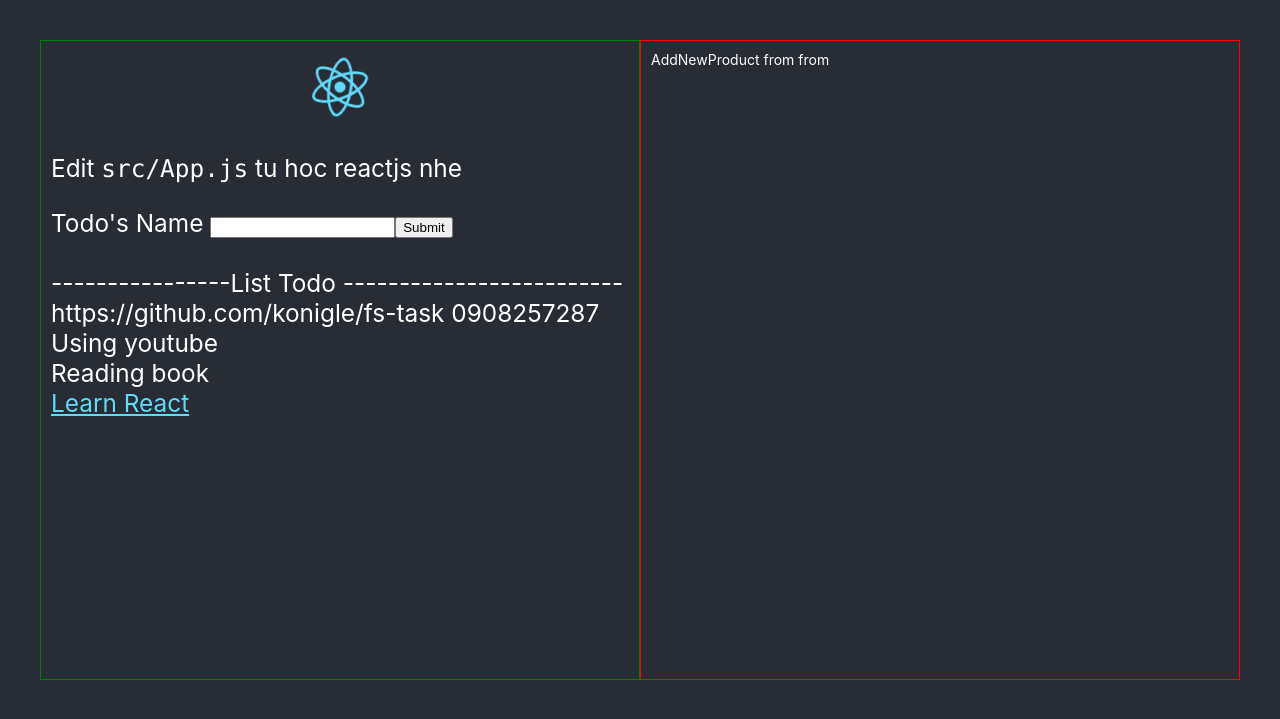
Repository: baothi/learn-reactjs
Page: /
These files come from the project's save history. The page is drawn as it stood at one moment and after the next save; the edit follows.
The browser window is 1280 px wide. The pictures show the whole page.
The project was rebuilt for these pictures with package versions that can differ from the ones it lists, and the page was loaded fresh each time.

Above is the page before, as saved 2022-10-04 17:47:28.

### src/App.js
import logo from './logo.svg';
import './App.css';
import Home from './componets/Home';
import AddNewProduct from './componets/AddNewProduct';

// function App() {
const App = () => {
  // const x = [1, 2, 3, 4, { name: 'John', age: 36 }] ==> {JSON.stringify(x)}
  const x = "tu hoc reactjs nhe"
  return (
    <div className="App" /*style={{ border: '1px solid red', textTransform: 'uppercase'}}*/ >
      <header className="App-header content-left">
        <div style={{ textAlign: "center" }}>
          <img src={logo} className="App-logo" alt="logo" />
        </div>

        <p>
          Edit <code>src/App.js</code> {x}
          {/* {console.log(x)} */}
        </p>
        <Home />
        <a
          className="App-link"
          href="https://reactjs.org"
          target="_blank"
          rel="noopener noreferrer"
        >
          Learn React
        </a>
      </header>
      <div className='content-right'>
        <AddNewProduct />
      </div>
    </div>
  );
}

export default App;

### src/App.css
.App {
  /* text-align: center; */
  padding: 40px;
  font-size: 14px;
  background-color: #282c34;
  height: calc(100vh - 80px);
  display: flex;
}

.App-logo {
  height: 10vmin;
  pointer-events: none;
}

@media (prefers-reduced-motion: no-preference) {
  .App-logo {
    animation: App-logo-spin infinite 20s linear;
  }
}

.App-header {

  /* min-height: 100vh; */
  /* display: flex;
  flex-direction: column;
  align-items: center; */
  /* justify-content: center; */
  font-size: calc(10px + 2vmin);
  color: white;
}

.App-link {
  color: #61dafb;
}

@keyframes App-logo-spin {
  from {
    transform: rotate(0deg);
  }

  to {
    transform: rotate(360deg);
  }
}

.content-left {
  width: 50%;
  padding: 10px;
  border: 1px solid green;
}

.content-right {
  width: 50%;
  padding: 10px;
  border: 1px solid red;
  color: white;
}

### src/componets/Home.js
import React, { useState } from 'react';
import _ from 'lodash';
import AddTodo from './AddTodo';
import DisplayTodo from './DisplayTodo';

const Home = () => {
    // const [name, setName] = useState("")
    const [todo, setTodo] = useState("")
    // const hankdleClickBtn = (event, mgs) => {
    //     // console.log(" >> run Hankdle Click ", event.target, " -> ", mgs)
    // }
    const [ListTodo, setListTodo] = useState([
        { id: 'todo1', name: 'https://github.com/konigle/fs-task 0908257287' },
        { id: 'todo2', name: 'Using youtube' },
        { id: 'todo3', name: 'Reading book' }
    ])

    const randomIntFromInterval = (min, max) => {
        return Math.floor(Math.random() * (max - min + 1)) + min
    }


    const hankdleClickBtn = () => {
        if (!todo) {
            alert("Todo's name is not empty")
            return;
        }
        let todoId = randomIntFromInterval(4, 99)
        let todoItem = {
            id: `todo${todoId}`,   // string template
            name: todo
        }
        // cach 1
        let curentTodoList = _.clone(ListTodo);
        curentTodoList.push(todoItem)
        // console.log(" check curentTodoList : ", curentTodoList)
        setListTodo(curentTodoList)
        setTodo("")
        // cach 2
        //setListTodo([...ListTodo, todoItem]) // toan tử ... này là spread operator đây là toán tử copy
    }

    const handleDeleteTodo = (id) => {
        let curentTodoList = _.clone(ListTodo);
        curentTodoList = curentTodoList.filter(item => item.id !== id);
        // curentTodoList = curentTodoList.filter(item => {
        //     if (item.id !== id) return item;
        // });
        setListTodo(curentTodoList);
    }
    const myInfor = { channel: "hoc lap trinh reactjs", age: 25 }

    return (
        <div className="container">

            <div className="row">
                <AddTodo
                    todo={todo}
                    setTodo={setTodo}
                    hankdleClickBtn={hankdleClickBtn}
                />
                <DisplayTodo
                    chilData={ListTodo} // x=u => x <- y
                    name={"bao thi"} // x=u => x <- y
                    myInfor={myInfor} // x=u => x <- y
                    deleteTodoInParent={handleDeleteTodo}
                />

            </div>
        </div>
    )
}

// class Home extends React.Component {

//     // khai báo state
//     state = {
//         name: 'todoList'
//     }
//     render() {
//         return (
//             <div className="container">
//                 <div className="row">

//                     <label>Your Name   </label>
//                     <input type="text" onChange={(event) => this.setState({ name: event.target.value })} />
//                     <br /><br />
//                     helo Todo list with name = {this.state.name}
//                 </div>
//             </div>
//         )
//     }
// }

export default Home;

### src/componets/AddNewProduct.js
const AddNewProduct = () => {
    return (
        <div>
            <div>AddNewProduct from from</div>
        </div>
    )
}

export default AddNewProduct

### src/componets/AddTodo.js

const AddTodo = (props) => {
    const { todo, setTodo, hankdleClickBtn } = props
    return (
        <div>
            <label>Todo's Name   </label>
            {/* <input value={name} type="text"
                    onChange={(event) => {
                        // console.log("event.target : ", event)
                        setName(event.target.value)
                    }
                    } /> */}

            <input value={todo} type="text"
                onChange={(event) => {
                    // console.log("event.target : ", event)
                    setTodo(event.target.value)
                }
                } />
            {/* <button type="button" onClick={() => {
                    hankdleClickBtn("event", 'buttonClick')
                }}>Submit</button> */}
            <button type="button" onClick={() => {
                hankdleClickBtn()
            }}>Submit</button>



            <br /><br />
        </div>
    )
}
export default AddTodo

### src/componets/DisplayTodo.js

const DisplayTodo = (props) => {
    const deleteTodoFromChild = (id) => {
        props.deleteTodoInParent(id)
    }

    const ListTodo = props.chilData;
    return (
        <div>
            <div> ----------------List Todo ------------------------- </div>
            {ListTodo.map((item, index) => {
                // console.log("check item: ", item, " index: ", index, "id ", item.id)
                return (
                    <div id={item.id} key={item.id} onClick={() => deleteTodoFromChild(item.id)}>{item.name}</div>
                )
            })}
        </div>
    )
}

export default DisplayTodo;

Loaded but not shown: public/index.html (common file); src/index.js (common file); src/index.css (common file); src/reportWebVitals.js (common file)

After the next save:
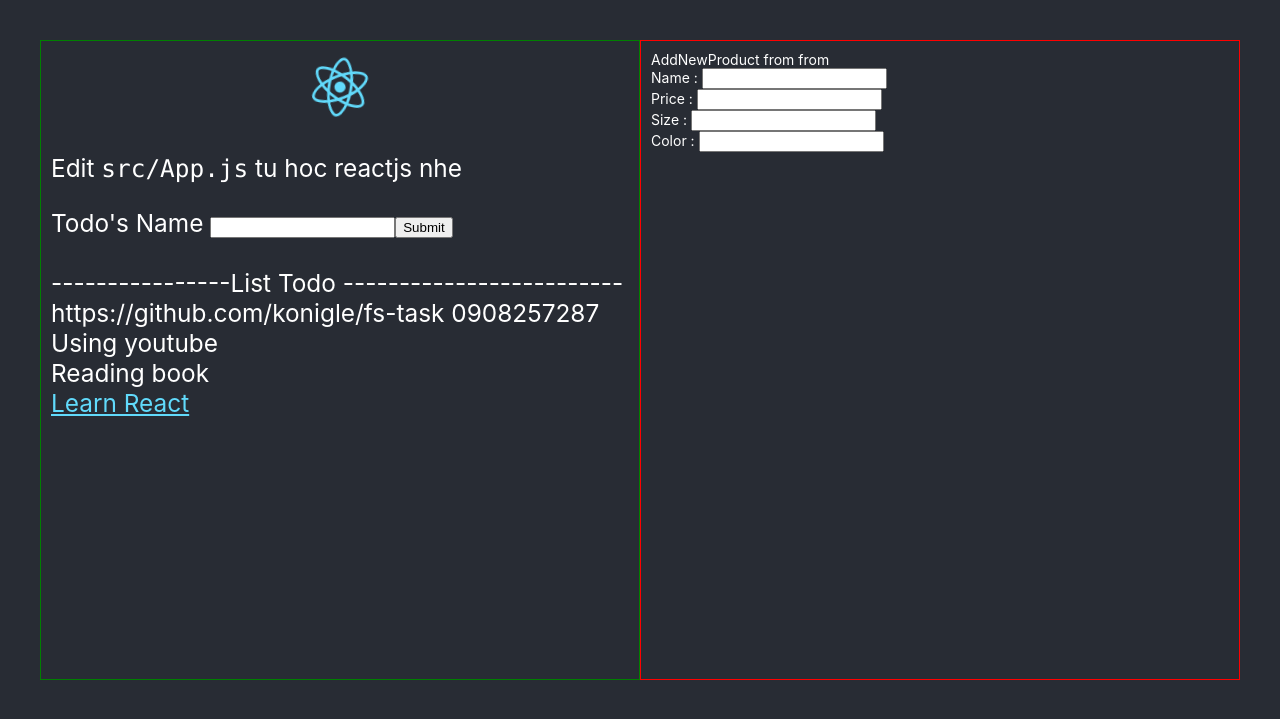
Saved 2 min 28 s later.
--- a/src/componets/AddNewProduct.js
+++ b/src/componets/AddNewProduct.js
@@ -2,6 +2,22 @@
     return (
         <div>
             <div>AddNewProduct from from</div>
+            <div className="input-product">
+                <label>Name : </label>
+                <input type="text" />
+            </div>
+            <div className="input-product">
+                <label>Price : </label>
+                <input type="text" />
+            </div>
+            <div className="input-product">
+                <label>Size : </label>
+                <input type="text" />
+            </div>
+            <div className="input-product">
+                <label>Color : </label>
+                <input type="text" />
+            </div>
         </div>
     )
 }
